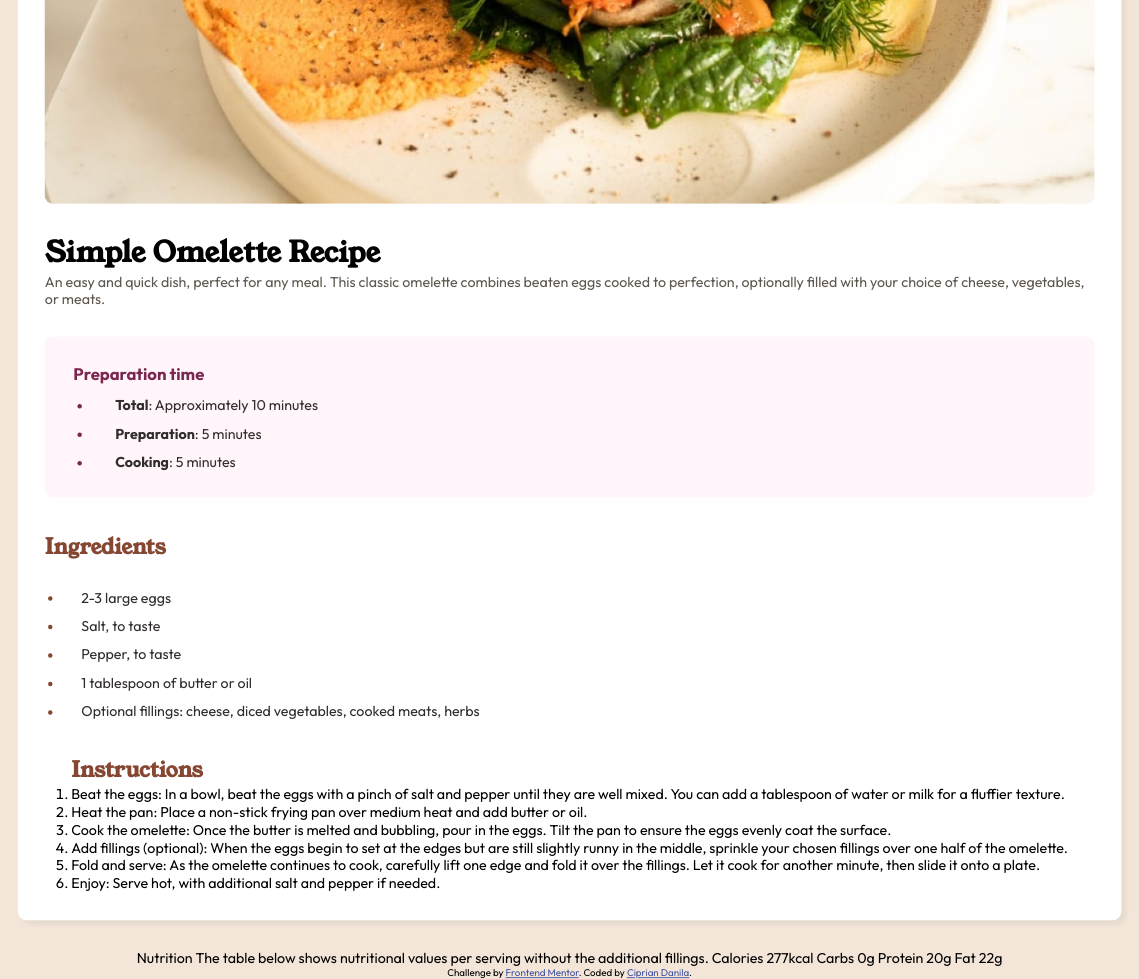
Repository: cipdanila/recipe-page
Page: index.html
An editor plug-in stored every save of this project. The page is shown before and after the next save, followed by the edit.
The browser window is 1280 px wide. The pictures show the whole page, at 89% of full size.

Above is the page before, as saved 2024-01-21 20:15:38.

### index.html
<!DOCTYPE html>
<html lang="en">
<head>
  <meta charset="UTF-8">
  <meta name="viewport" content="width=device-width, initial-scale=1.0"> <!-- displays site properly based on user's device -->

  <link rel="icon" type="image/png" sizes="32x32" href="./assets/images/favicon-32x32.png">
  <link rel="stylesheet" href="styles.css">

  <title>Frontend Mentor | Recipe page</title>

</head>
<body>
  <main>
    <div class="container">
      <img src="./assets/images//image-omelette.jpeg" alt="image-omlette">
      <div class="intro-section">
        <h1>Simple Omelette Recipe</h1>
        <p>
          An easy and quick dish, perfect for any meal. This classic omelette combines beaten eggs cooked
          to perfection, optionally filled with your choice of cheese, vegetables, or meats.
        </p>
      </div>
      <div class="prep-container">
        <h3>Preparation time</h3>
        <ul>
          <li><span>Total</span>: Approximately 10 minutes</li>
          <li><span>Preparation</span>: 5 minutes</li>
          <li><span>Cooking</span>: 5 minutes</li>
        </ul>
      </div>
      <div class="ingredients-container">
        <h2>Ingredients</h2>
        <ul>
          <li>2-3 large eggs</li>
          <li>Salt, to taste</li>
          <li>Pepper, to taste</li>
          <li>1 tablespoon of butter or oil</li>
          <li>Optional fillings: cheese, diced vegetables, cooked meats, herbs</li>
        </ul>
      </div>
      <hr>
      <div class="instructions-container">
        <h2>Instructions</h2>
        <ol>
          <li>Beat the eggs: In a bowl, beat the eggs with a pinch of salt and pepper until they are well mixed.
            You can add a tablespoon of water or milk for a fluffier texture.</li>
          <li>Heat the pan: Place a non-stick frying pan over medium heat and add butter or oil.</li>
          <li>Cook the omelette: Once the butter is melted and bubbling, pour in the eggs. Tilt the pan to ensure
            the eggs evenly coat the surface.</li>
          <li>Add fillings (optional): When the eggs begin to set at the edges but are still slightly runny in the
            middle, sprinkle your chosen fillings over one half of the omelette.</li>
          <li>Fold and serve: As the omelette continues to cook, carefully lift one edge and fold it over the
            fillings. Let it cook for another minute, then slide it onto a plate.</li>
          <li>Enjoy: Serve hot, with additional salt and pepper if needed.</li>
        </ol>
      </div>
      <hr>
    </div>
  </main>

  Nutrition

  The table below shows nutritional values per serving without the additional fillings.

  Calories
  277kcal

  Carbs
  0g

  Protein
  20g

  Fat
  22g
  <footer>
    <div class="attribution">
      Challenge by <a href="https://www.frontendmentor.io?ref=challenge" target="_blank" rel="noopener">Frontend Mentor</a>.
      Coded by <a href="https://github.com/cipdanila" target="_blank" rel="noopener noreferrer">Ciprian Danila</a>.
    </div>
  </footer>
</body>
</html>

### styles.css
@import url("https://fonts.googleapis.com/css2?family=Outfit:wght@400;600;700&family=Young+Serif&display=swap");

* {
    margin: 0;
    padding: 0;
    box-sizing: border-box;
}

:root {
    /* Primary Colors */
    --nutmeg: hsl(14, 45%, 36%);            /* h2 */
    --dark-raspberry: hsl(332, 51%, 32%);   /* h3 */
    /* Neutral Colors */
    --white: hsl(0, 0%, 100%);              /* main container */
    --rose-white: hsl(330, 100%, 98%);      /* second container */
    --eggshell: hsl(30, 54%, 90%);          /* body */
    --light-grey: hsl(30, 18%, 87%);        /* shadow */
    --wenge-brown: hsl(30, 10%, 34%);       /* regular font */
    --dark-charcoal: hsl(24, 5%, 18%);      /* bold font */
    /* Fonts */
    --font-heads: 'Young Serif', sans-serif;
    --font-body: 'Outfit', sans-serif;
}

body {
    font-family: var(--font-body);
    font-size: 16px;
    background-color: var(--eggshell);
    display: flex;
    flex-direction: column;
    align-items: center;
    justify-content: center;
    height: calc(100vh - 1px);
    margin: 1.25rem;
}

img {
    max-width: 100%;
}

h1, h2 {
    font-family: var(--font-heads);
}

h2 {
    color: var(--nutmeg);
}

h3 {
    font-family: var(--font-body);
    color: var(--dark-raspberry);
}

p {
    color: var(--wenge-brown);
}

.container {
    background-color: var(--white);
    padding: 1.90rem;
    border-radius: 0.625rem;
    box-shadow: 5px 5px 5px rgba(0, 0, 0, 0.05);
    display: flex;
    flex-direction: column;
    align-items: center;
    margin-bottom: 2rem;
}

.container img {
    border-radius: 0.625rem;
    margin-bottom: 1rem;
}

.intro-section {
    display: flex;
    flex-direction: column;
    align-items: flex-start;
    width: 100%;
    margin: 1rem;
}

.prep-container {
    width: 100%;
    display: flex;
    flex-direction: column;
    align-items: flex-start;
    background-color: var(--rose-white);
    border-radius: 0.625rem;
    margin: 1rem auto 1rem;
    padding: 1.5rem 2rem;
    line-height: 2;
}

.prep-container ul {
    list-style-position: inside;
    padding-left: 5px;
}

.prep-container ul li::marker {
    color: var(--dark-raspberry);
}

.prep-container ul li {
    color: var(--dark-charcoal);
}

.prep-container ul li span {
    font-weight: 700;
    color: var(--dark-charcoal);
    margin-left: 1.25rem;
}

.ingredients-container {
    width: 100%;
    display: flex;
    flex-direction: column;
    align-items: flex-start;
    border-radius: 0.625rem;
    margin: 1rem auto 1rem;
    line-height: 2;
}

.ingredients-container ul {
    padding-left: 5px;
    margin: 1rem;
}

.ingredients-container ul li::marker {
    color: var(--nutmeg);
}

.ingredients-container ul li {
    color: var(--dark-charcoal);
    padding-left: 20px;
}

.ingredients-container ul li span {
    font-weight: 700;
    color: var(--dark-charcoal);
    margin-left: 1.5rem;
}

.container hr {
    align-self: center;
    height: 1px;
    background: var(--light-grey);
    border: medium;
}

.attribution {
    font-size: 11px;
    text-align: center;
}

.attribution a {
    color: hsl(228, 45%, 44%);
}

@media (min-width: 375px) {
/**/
}

After the next save:
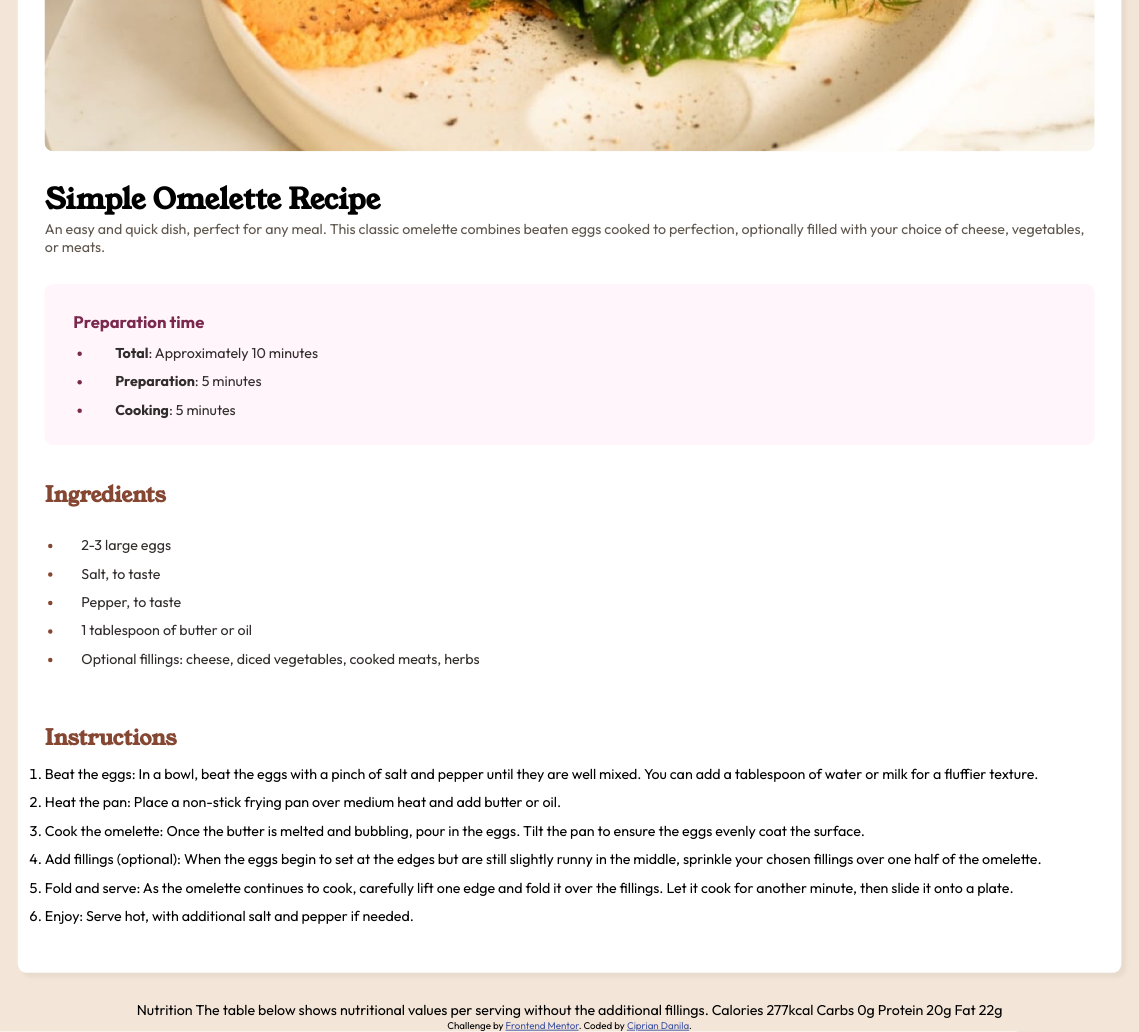
Saved 90 s later.
--- a/styles.css
+++ b/styles.css
@@ -140,6 +140,36 @@
     margin-left: 1.5rem;
 }
 
+.instructions-container {
+    width: 100%;
+    display: flex;
+    flex-direction: column;
+    align-items: flex-start;
+    border-radius: 0.625rem;
+    margin: 1rem auto 1rem;
+    line-height: 2;
+}
+
+.instructions-container ul {
+    padding-left: 5px;
+    margin: 1rem;
+}
+
+.instructions-container ul li::marker {
+    color: var(--nutmeg);
+}
+
+.instructions-container ul li {
+    color: var(--dark-charcoal);
+    padding-left: 20px;
+}
+
+.instructions-container ul li span {
+    font-weight: 700;
+    color: var(--dark-charcoal);
+    margin-left: 1.5rem;
+}
+
 .container hr {
     align-self: center;
     height: 1px;
